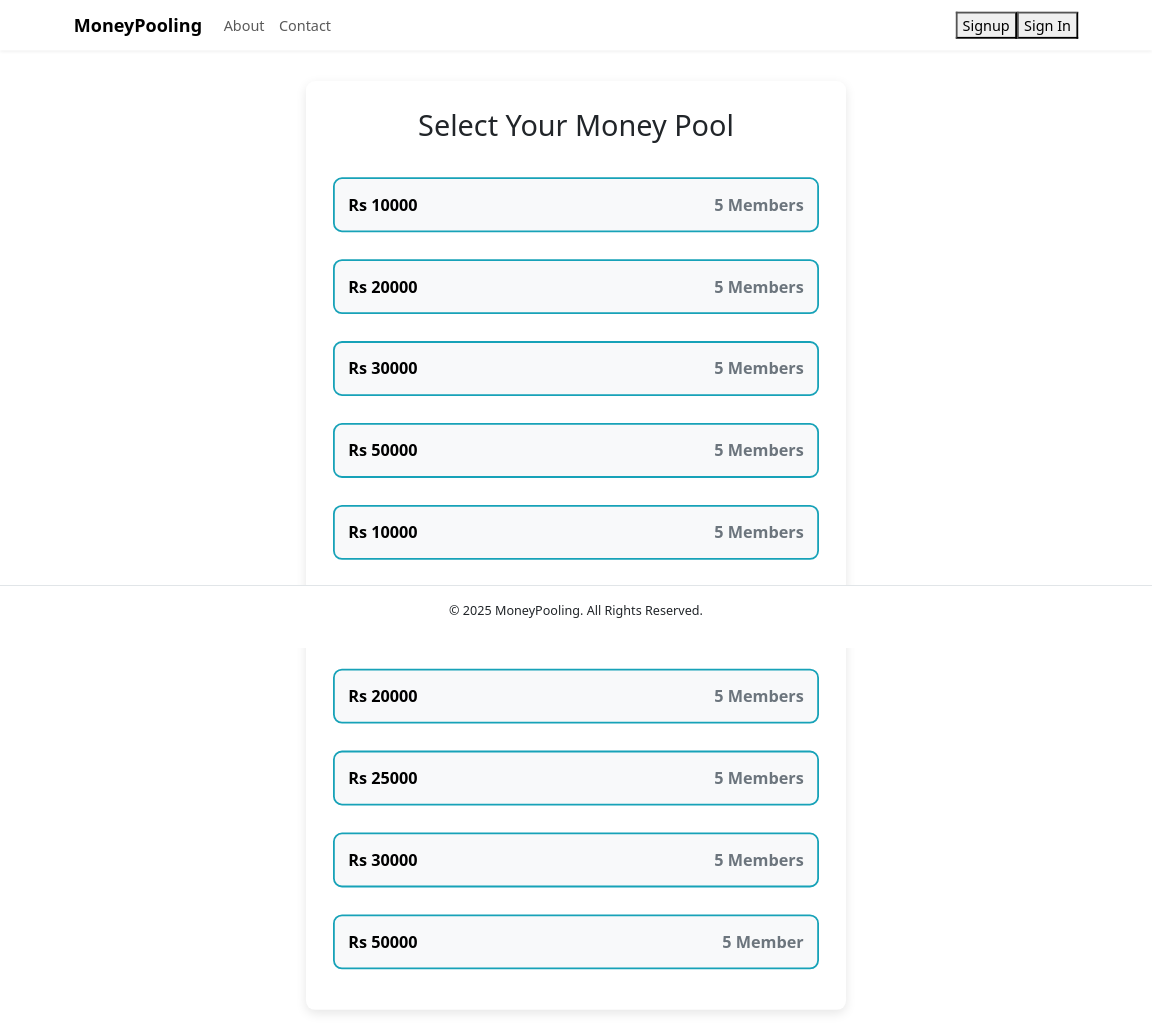
Repository: xxgautm420/MoneyPool
Page: templates/Index.html
An editor plug-in stored every save of this project. The page is shown before and after the next save, followed by the edit.
The browser window is 1280 px wide. The pictures show the whole page, at 90% of full size.
The page is served by the project's application, run on Flask 3 (app.py). Other server files are loaded and not shown. The template is opened directly, without the code that normally fills it, so the values that code supplies are empty.

Above is the page before, as saved 2025-03-03 23:16:19.

### templates/Index.html
<!DOCTYPE html>
<html lang="en">
<head>
    <meta charset="UTF-8">
    <meta name="viewport" content="width=device-width, initial-scale=1.0">
    <title>Money Pooling</title>


    <link rel="stylesheet" href="{{ url_for('static', filename='Css/style.css') }}">


    <link href="https://cdn.jsdelivr.net/npm/bootstrap@5.3.0-alpha1/dist/css/bootstrap.min.css" rel="stylesheet">
</head>
<body>


    <nav class="navbar navbar-expand-lg navbar-light bg-white fixed-top shadow-sm">
        <div class="container">
            <a class="navbar-brand fw-bold" href="#">MoneyPooling</a>
            <div class="collapse navbar-collapse">
                <ul class="navbar-nav me-auto mb-2 mb-lg-0">
                    <li class="nav-item">
                        <a class="nav-link" href="#" id="aboutLink">About</a>
                    </li>
                    <li class="nav-item">
                        <a class="nav-link" href="#" id="contactLink">Contact</a>
                    </li>
                </ul>
                <button id="signInButton" class="Sign-button">Signup</button>


                <button id="signInButton" class="Sign-button">Sign In</button>

        <div id="aboutFormContainer" class="about-container" style="display: none;">
            <div class="about-box">
        <section>
            <h1>About This Project</h1>
            <p>In today's digital age, web applications play a pivotal role in streamlining various processes and enhancing user experiences. This project focuses on developing a web application designed to facilitate a unique and engaging process where members join a slot, contribute a specified amount, and a randomly selected member benefits until all members have been selected. The application aims to provide a seamless and user-friendly experience, ensuring secure login, easy slot selection, and transparent tracking of contributions.</p>
            <p>The project is motivated by the need to create an efficient and reliable system that can manage member contributions and random selections in a fair and transparent manner. By leveraging modern web technologies, the application aims to enhance user engagement and foster a sense of community among members. This document outlines the functional requirements, user interaction flow, technical specifications, and expected outcomes of the project.</p>
            <button id="closeAbout" class="close-button"> x</button>
        </section>
        </div>
    </div>
    <div id="contactFormContainer" class="contact-container" style="display: none;">
        <div class="contact-box">
    <section>
        <h1>Contact</h1>
        <form>
            <label for="name">Name:</label><br>
            <input type="text" id="name" name="name" placeholder="Your Name"><br><br>
            <label for="email">Email:</label><br>
            <input type="email" id="email" name="email" placeholder="Your Email"><br><br>
            <label for="number">Number:</label><br>
            <input type="tel" id="number" name="number" placeholder="Your Phone Number"><br><br>
        </form>
        <p><strong>Address:</strong> Your Address Here</p>
        <p><strong>Contact Number:</strong> Your Contact Number Here</p>

        <button id="closeContact" class="close-button"> x</button>
    </section>
    </div>
</div>


            </div>
        </div>
    </nav>


    <div class="main-container">
        <h2 class="text-center mb-4">Select Your Money Pool</h2>
        <div class="slot-container">
            <button class="slot"><span>Rs 10000</span> <span class="members">5 Members</span></button>
            <button class="slot"><span>Rs 20000</span> <span class="members">5 Members</span></button>
            <button class="slot"><span>Rs 30000</span> <span class="members">5 Members</span></button>
            <button class="slot"><span>Rs 50000</span> <span class="members">5 Members</span></button>
            <button class="slot"><span>Rs 10000</span> <span class="members">5 Members</span></button>
            <button class="slot"><span>Rs 15000</span> <span class="members">5 Members</span></button>
            <button class="slot"><span>Rs 20000</span> <span class="members">5 Members</span></button>
            <button class="slot"><span>Rs 25000</span> <span class="members">5 Members</span></button>
            <button class="slot"><span>Rs 30000</span> <span class="members">5 Members</span></button>
            <button class="slot"><span>Rs 50000</span> <span class="members">5 Member</span></button>
        </div>
    </div>


    <div id="loginFormContainer" class="login-container">
        <div class="login-box">
            <h3>Login</h3>
            <input type="text" id="username" placeholder="Username">
            <input type="password" id="password" placeholder="Password">
            <button id="loginSubmit" class="btn btn-success">Login</button>
            <button id="closeLogin" class="btn btn-danger">Close</button>
        </div>
    </div>


    <div id="joinPoolForm" class="login-container" style="display: none;">
        <div class="login-box">
            <h3>Join Pool</h3>
            <button id="joinSubmit" class="btn btn-success" onclick="location.href='/progress'">Join</button>
            <button id="closeJoinPool" class="btn btn-danger">Close</button>
        </div>
    </div>


    <footer class="text-center py-3">
        <p>&copy; 2025 MoneyPooling. All Rights Reserved.</p>
    </footer>


    <script src="{{ url_for('static', filename='Script/script.js') }}"></script>
</body>
</html>

### app.py
from flask import Flask, render_template , jsonify
from user import User, db
from config import Config
from auth import auth_bp

app = Flask(__name__)
app.config.from_object(Config)
db.init_app(app)

app.register_blueprint(auth_bp)

@app.route('/')
def home():
    return render_template('index.html')

@app.route('/progress')
def progress():
    return render_template('progress.html')

@app.route('/api/users/top5', methods=['GET'])
def get_top5_users():
    users = User.query.limit(5).all()
    return jsonify([user.username for user in users])

if __name__ == '__main__':
    app.run(debug=True)

### static/Css/style.css

body {
    font-family: Arial, sans-serif;
    text-align: center;
    margin: 0;
    background-color: white;
    padding-top: 70px;
    display: flex;
    flex-direction: column;
    min-height: 100vh;
}


.navbar {
    box-shadow: 0px 2px 5px rgba(0, 0, 0, 0.1);
}




.main-container {
    width: 80%;
    max-width: 600px;
    margin: 20px auto;
    padding: 30px;
    background-color: white;
    border-radius: 10px;
    box-shadow: 0 4px 12px rgba(0, 0, 0, 0.1);
    flex: 1;
    overflow-y: auto;
}


.slot-container {
    display: flex;
    flex-direction: column;
    align-items: center;
}


.slot {
    width: 100%;
    background-color: #f8f9fa;
    border: 2px solid #17a2b8;
    padding: 15px;
    margin: 15px 0;
    border-radius: 10px;
    font-size: 18px;
    cursor: pointer;
    display: flex;
    justify-content: space-between;
    align-items: center;
    font-weight: bold;
    transition: 0.3s;
}

.slot:hover {
    background-color: #17a2b8;
    color: white;
}


.members {
    color: #6c757d;
}


.login-container {
    position: fixed;
    top: 0;
    left: 0;
    width: 100%;
    height: 100%;
    background: rgba(0, 0, 0, 0.5);
    display: none;
    align-items: center;
    justify-content: center;
    z-index: 1000;
}


.login-box {
    background: white;
    padding: 20px;
    border-radius: 10px;
    box-shadow: 0 4px 12px rgba(0, 0, 0, 0.3);
    text-align: center;
    width: 350px;
    max-height: 80%;
    overflow-y: auto;
}

.login-box h3 {
    margin-bottom: 15px;
}

.login-box input {
    width: 100%;
    padding: 10px;
    margin-bottom: 10px;
    border: 1px solid #ddd;
    border-radius: 5px;
}

.login-box button {
    width: 100%;
    padding: 10px;
    margin-top: 5px;
}


#joinPoolForm .login-box {
    background: white;
    padding: 20px;
    border-radius: 10px;
    box-shadow: 0 4px 12px rgba(0, 0, 0, 0.3);
    text-align: center;
    width: 350px;
    max-height: 80%;
    overflow-y: auto;
}

#joinPoolForm .login-box h3 {
    margin-bottom: 15px;
}

#joinPoolForm .login-box button {
    width: 100%;
    padding: 10px;
    margin-top: 5px;
}


footer {
    width: 100%;
    background-color: white;
    text-align: center;
    padding: 10px;
    font-size: 14px;
    border-top: 1px solid #dee2e6;
    position: fixed;
    bottom: 0;
    left: 0;
    right: 0;
}


.about-container {
    position: fixed;
    top: 50%;
    left: 50%;
    transform: translate(-50%, -50%);
    width: 80%;
    max-width: 600px;
    background-color: white;
    border-radius: 10px;
    box-shadow: 0 4px 8px rgba(0, 0, 0, 0.1);
    overflow: auto;
    max-height: 90vh;
    padding: 20px;
}

.about-box {
    padding: 20px;
}

.about-container h1 {
    margin-top: 0;
}

.about-container p {
    line-height: 1.6;
}

.close-button {
    position: absolute;
    top: 10px;
    right: 10px;
    background-color: #f44336;
    color: white;
    border: none;
    border-radius: 50%;
    width: 30px;
    height: 30px;
    cursor: pointer;
    font-size: 16px;
}

.close-button:hover {
    background-color: #d32f2f;
}



 .contact-container {
    position: fixed;
    top: 50%;
    left: 50%;
    transform: translate(-50%, -50%);
    width: 80%;
    max-width: 600px;
    background-color: white;
    border-radius: 10px;
    box-shadow: 0 4px 8px rgba(0, 0, 0, 0.1);
    overflow: auto;
    max-height: 90vh;
    padding: 20px;
}

.contact-container h1 {
    margin-top: 0;
}

.contact-container form {
    margin-top: 20px;
}

.contact-container input,
.contact-container textarea {
    width: 100%;
    padding: 10px;
    margin-top: 5px;
    margin-bottom: 10px;
    border-radius: 5px;
    border: 1px solid #ccc;
}

.contact-container p {
    line-height: 1.6;
    margin-top: 10px;
}

.close-button {
    position: absolute;
    top: 10px;
    right: 10px;
    background-color: #f44336;
    color: white;
    border: none;
    border-radius: 50%;
    width: 30px;
    height: 30px;
    cursor: pointer;
    font-size: 16px;
}

.close-button:hover {
    background-color: #d32f2f;
}

### static/Script/script.js
document.addEventListener("DOMContentLoaded", () => {
    const signInButton = document.getElementById("signInButton");
    const loginFormContainer = document.getElementById("loginFormContainer");
    const closeLogin = document.getElementById("closeLogin");
    const loginSubmit = document.getElementById("loginSubmit");
    const slots = document.querySelectorAll(".slot");
    const joinPoolForm = document.getElementById("joinPoolForm");
    const closeJoinPool = document.getElementById("closeJoinPool");

    let isSignedIn = false;

    signInButton.addEventListener("click", () => {
        if (!isSignedIn) {
            loginFormContainer.style.display = "flex";
        } else {
            alert("You have signed out.");
            signInButton.textContent = "Sign In";
            signInButton.classList.replace("btn-danger", "btn-primary");
            isSignedIn = false;
        }
    });

    closeLogin.addEventListener("click", () => {
        loginFormContainer.style.display = "none";
    });

    loginSubmit.addEventListener("click", (event) => {
        event.preventDefault();

        let username = document.getElementById("username").value;
        let password = document.getElementById("password").value;

        if (username && password) {
            fetch('/api/users/login', {
                method: 'POST',
                headers: {
                    'Content-Type': 'application/json'
                },
                body: JSON.stringify({ username: username, password: password })
            })
            .then(response => response.json())
            .then(data => {
                if (data.success) {
                    alert(`Welcome, ${username}!`);
                    loginFormContainer.style.display = "none";
                    signInButton.textContent = "Sign Out";
                    signInButton.classList.replace("btn-primary", "btn-danger");
                    isSignedIn = true;
                } else {
                    alert('Login failed: ' + data.message);
                }
            })
            .catch(error => {
                console.error('Error:', error);
                alert('An error occurred while logging in. Please try again.');
            });
        } else {
            alert("Please enter username and password.");
        }
    });

    // registrationSubmit.addEventListener("click", (event) => {
    //     event.preventDefault();

    //     let username = document.getElementById("registerUsername").value;
    //     let password = document.getElementById("registerPassword").value;

    //     if (username && password) {
    //         fetch('/api/users/register', {
    //             method: 'POST',
    //             headers: {
    //                 'Content-Type': 'application/json'
    //             },
    //             body: JSON.stringify({ username: username, password: password })
    //         })
    //         .then(response => response.json())
    //         .then(data => {
    //             if (data.success) {
    //                 alert(`Registration successful, ${username}!`);
    //             } else {
    //                 alert('Registration failed: ' + data.message);
    //             }
    //         })
    //         .catch(error => {
    //             console.error('Error:', error);
    //             alert('An error occurred during registration. Please try again.');
    //         });
    //     } else {
    //         alert("Please enter username and password.");
    //     }
    // });

    // Show Join Pool Form on Slot Click
    slots.forEach(slot => {
        slot.addEventListener("click", () => {
            if (isSignedIn) {
                joinPoolForm.style.display = "flex";
            } else {
                alert("Please sign in to select a money pool.");
            }
        });
    });

    // Close Join Pool Form
    closeJoinPool.addEventListener("click", () => {
        joinPoolForm.style.display = "none";
    });
});




//about form
document.addEventListener("DOMContentLoaded", function() {
    const aboutLink = document.getElementById("aboutLink");
    const aboutFormContainer = document.getElementById("aboutFormContainer");
    const closeAboutForm = document.getElementById("closeAbout");


    aboutLink.addEventListener("click", function(event) {
        event.preventDefault();
        aboutFormContainer.style.display = "block";
    });

    closeAboutForm.addEventListener("click", () => {
        aboutFormContainer.style.display = "none";
    });


});

//contact form
document.addEventListener("DOMContentLoaded", function() {
    const contactLink = document.getElementById("contactLink");
    const contactFormContainer = document.getElementById("contactFormContainer");
    const closeContactForm = document.getElementById("closeContact");


    contactLink.addEventListener("click", function(event) {
        event.preventDefault();
        contactFormContainer.style.display = "block";
    });

    closeContactForm.addEventListener("click", () => {
        contactFormContainer.style.display = "none";
    });


});

After the next save:
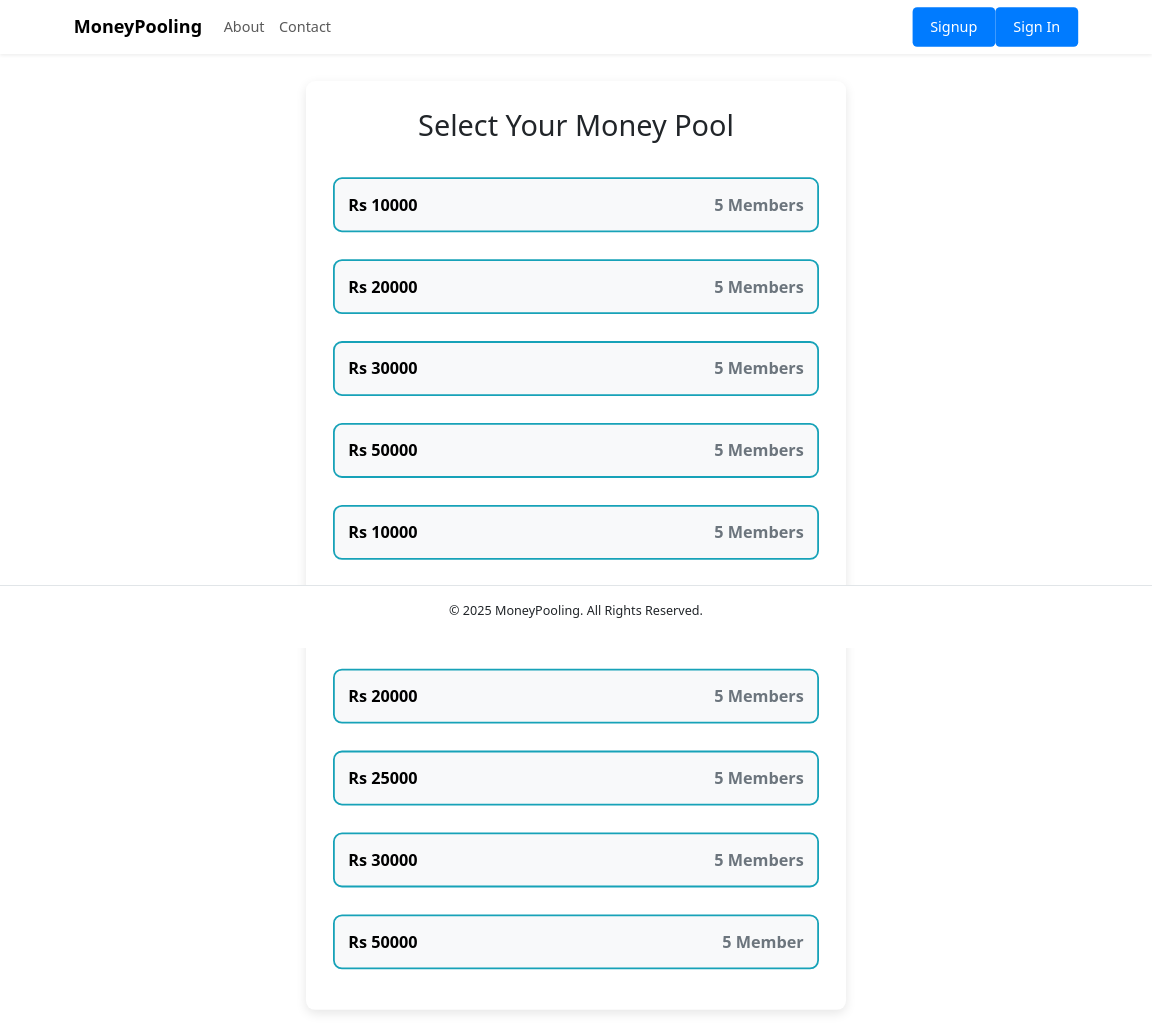
Saved 50 s later.
--- a/static/Css/style.css
+++ b/static/Css/style.css
@@ -15,6 +15,28 @@ body {
     box-shadow: 0px 2px 5px rgba(0, 0, 0, 0.1);
 }
 
+/* Container styling for buttons */
+.button-container {
+    display: flex;
+    gap: 10px;
+}
+
+/* Class for styling the buttons */
+.Sign-button {
+    background-color: #007bff; /* Primary color */
+    color: white; /* Text color */
+    border: none; /* No border */
+    padding: 10px 20px; /* Padding inside button */
+    border-radius: 5px; /* Rounded corners */
+    font-size: 16px; /* Font size */
+    cursor: pointer; /* Pointer cursor on hover */
+}
+
+/* Additional hover effects for the buttons */
+.Sign-button:hover {
+    background-color: #0056b3; /* Darker shade on hover */
+    transition: background-color 0.3s; /* Smooth transition */
+}
 
 
 
